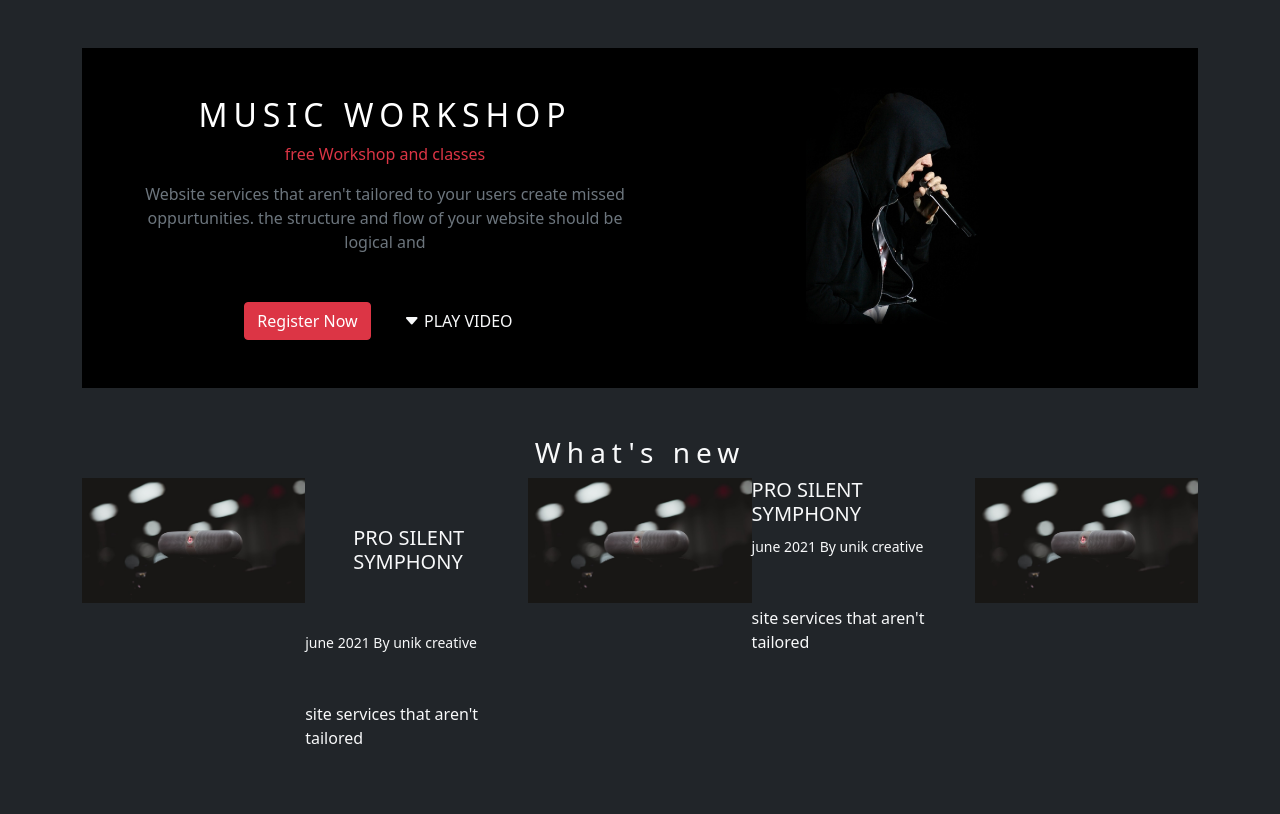
Repository: Eugene44-hub/music-workshop-site
Page: index.html
These files come from the project's save history. The page is drawn as it stood at one moment and after the next save; the edit follows.
The browser window is 1280 px wide. The pictures show the whole page.
Some web libraries are served in a nearby version.

Above is the page before, as saved 2021-10-22 17:08:58.

After the next save:
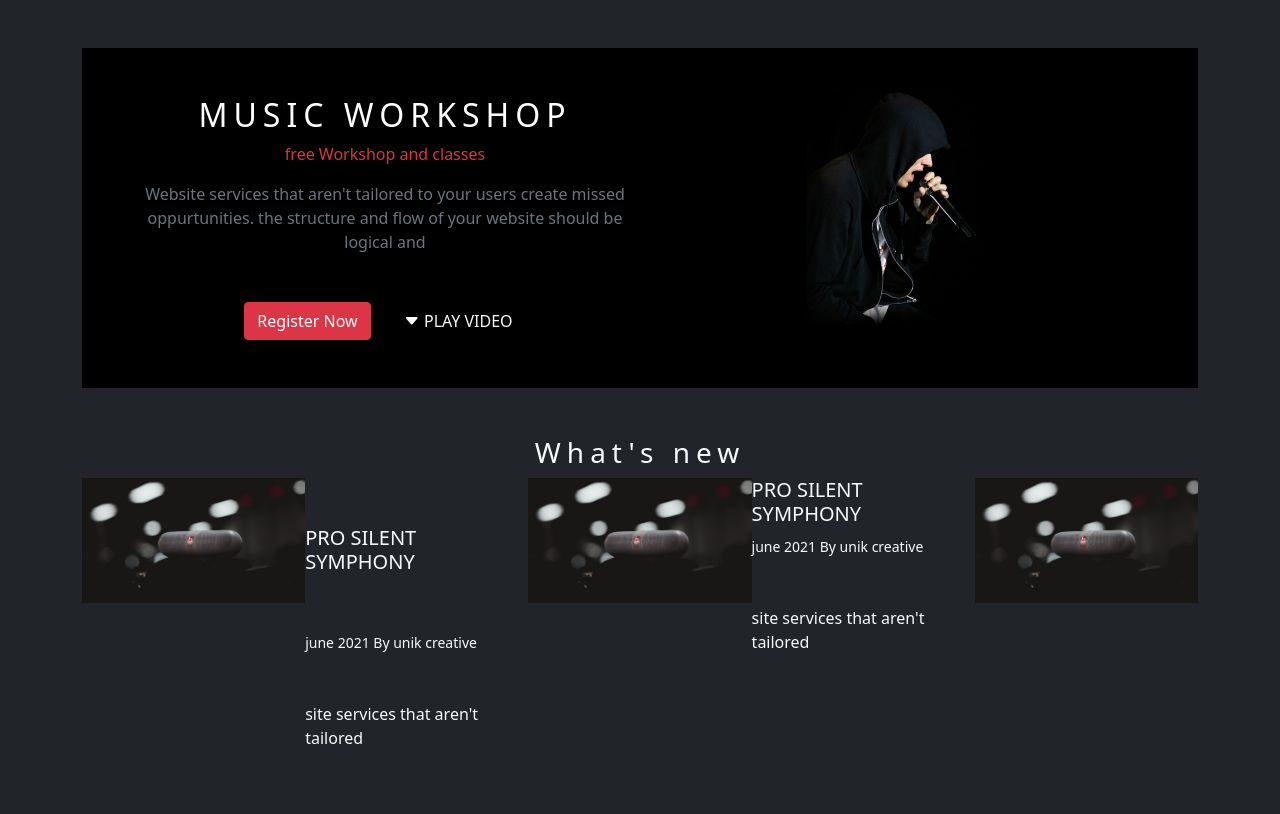
Saved 6 s later.
--- a/index.html
+++ b/index.html
@@ -43,7 +43,7 @@
                     <img src="images/speaker.jpg" class="img-fluid" alt="">
                 </div>
                 <div class="col-md">
-                    <h4 class="lead p-5">
+                    <h4 class="lead py-5">
                         PRO SILENT <br> SYMPHONY
                     </h4>
                     <small>june 2021 By unik creative</small>
